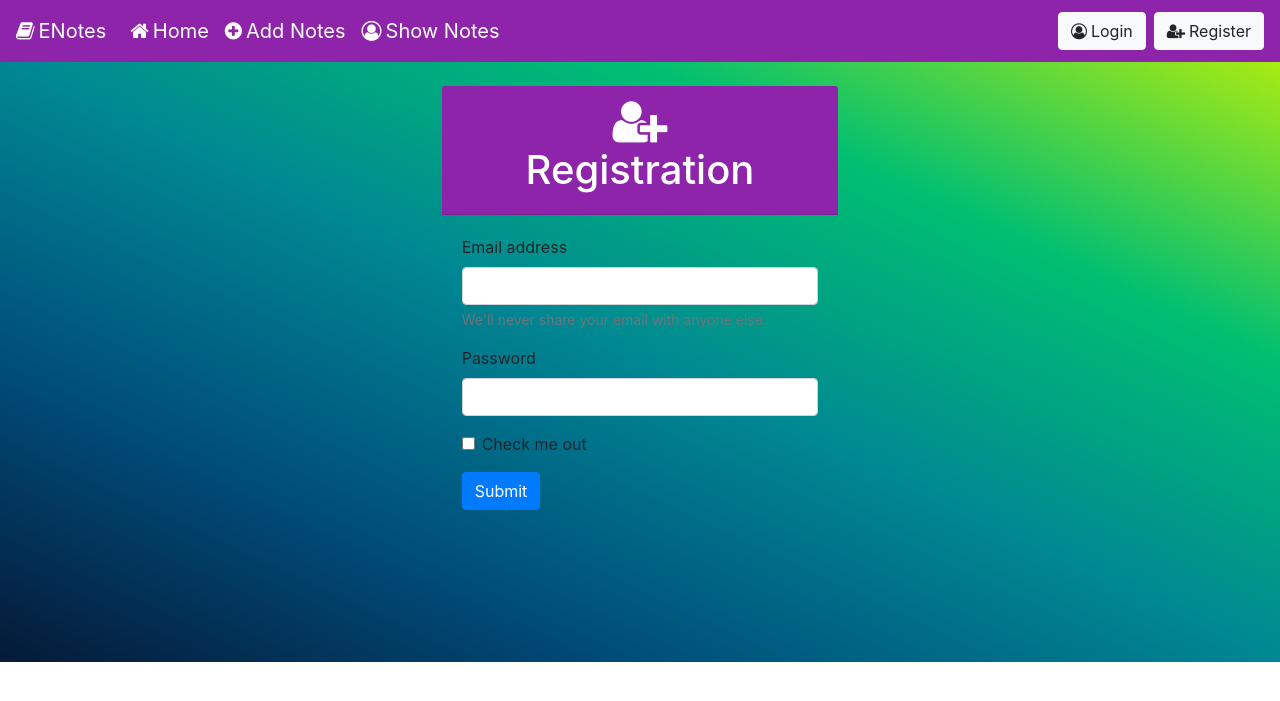
Repository: Bansal140899/eclipse-workspace
Page: http://localhost/ENotesProject/register.jsp
An editor plug-in stored every save of this project. The page is shown before and after the next save, followed by the edit.
The browser window is 1280 px wide. The pictures show the whole page.
The page is served by Tomcat 9. Other server files are loaded and not shown.

Above is the page before, as saved 2025-12-21 22:16:49.

### ENotesProject/src/main/webapp/register.jsp
<%@ page language="java" contentType="text/html; charset=UTF-8"
	pageEncoding="UTF-8"%>
<!DOCTYPE html PUBLIC "-//W3C//DTD HTML 4.01 Transitional//EN" "http://www.w3.org/TR/html4/loose.dtd">
<html>
<head>
<meta http-equiv="Content-Type" content="text/html; charset=UTF-8">
<title>Register Page</title>
</head>
<body>
	<%@include file="All_Component/allcss.jsp"%>
	<%@include file="All_Component/navbar.jsp"%>
	<div class="container-fluid div">
		<div class="row">
			<div class="col-md-4 offset-md-4">
				<div class="text-center text-white mt-4">

					<div class="card-header text-center text-white bg-custom">
						<i class="fa fa-user-plus fa-3x" aria-hidden="true"></i>
						<h1>Registration</h1>

					</div>

				</div>
				<div class="card-body">
					<form>
						<div class="form-group">
							<label for="exampleInputEmail1">Email address</label> <input
								type="email" class="form-control" id="exampleInputEmail1"
								aria-describedby="emailHelp"> <small id="emailHelp"
								class="form-text text-muted">We'll never share your
								email with anyone else.</small>
						</div>
						<div class="form-group">
							<label for="exampleInputPassword1">Password</label> <input
								type="password" class="form-control" id="exampleInputPassword1">
						</div>
						<div class="form-group form-check">
							<input type="checkbox" class="form-check-input"
								id="exampleCheck1"> <label class="form-check-label"
								for="exampleCheck1">Check me out</label>
						</div>
						<button type="submit" class="btn btn-primary">Submit</button>
					</form>


				</div>
			</div>

		</div>

	</div>



</body>
</html>

### ENotesProject/src/main/webapp/All_Component/allcss.jsp
<link rel="stylesheet"
	href="https://cdn.jsdelivr.net/npm/bootstrap@4.6.2/dist/css/bootstrap.min.css"
	integrity="sha384-xOolHFLEh07PJGoPkLv1IbcEPTNtaed2xpHsD9ESMhqIYd0nLMwNLD69Npy4HI+N"
	crossorigin="anonymous">

<link rel="stylesheet"
	href="https://cdnjs.cloudflare.com/ajax/libs/font-awesome/4.7.0/css/font-awesome.min.css">
<link rel="stylesheet" href="css/style.css">

<script
	src="https://cdn.jsdelivr.net/npm/jquery@3.5.1/dist/jquery.slim.min.js"
	integrity="sha384-DfXdz2htPH0lsSSs5nCTpuj/zy4C+OGpamoFVy38MVBnE+IbbVYUew+OrCXaRkfj"
	crossorigin="anonymous"></script>
<script
	src="https://cdn.jsdelivr.net/npm/popper.js@1.16.1/dist/umd/popper.min.js"
	integrity="sha384-9/reFTGAW83EW2RDu2S0VKaIzap3H66lZH81PoYlFhbGU+6BZp6G7niu735Sk7lN"
	crossorigin="anonymous"></script>
<script
	src="https://cdn.jsdelivr.net/npm/bootstrap@4.6.2/dist/js/bootstrap.min.js"
	integrity="sha384-+sLIOodYLS7CIrQpBjl+C7nPvqq+FbNUBDunl/OZv93DB7Ln/533i8e/mZXLi/P+"
	crossorigin="anonymous"></script>

### ENotesProject/src/main/webapp/All_Component/navbar.jsp
<nav class="navbar navbar-expand-lg navbar-dark bg-custom navbar-custom">
  <a class="navbar-brand" href="#"><i class="fa fa-book mr-1" aria-hidden="true"></i>ENotes</a>
  <button class="navbar-toggler" type="button" data-toggle="collapse" data-target="#navbarSupportedContent" aria-controls="navbarSupportedContent" aria-expanded="false" aria-label="Toggle navigation">
    <span class="navbar-toggler-icon"></span>
  </button>

  <div class="collapse navbar-collapse" id="navbarSupportedContent">
    <ul class="navbar-nav mr-auto">
      <li class="nav-item active">
        <a class="nav-link" href="#"><i class="fa fa-home mr-1" aria-hidden="true"></i>Home <span class="sr-only">(current)</span></a>
      </li>
      <li class="nav-item">
        <a class="nav-link" href="#"><i class="fa fa-plus-circle mr-1" aria-hidden="true"></i>Add Notes</a>
      </li>

      <li class="nav-item">
        <a class="nav-link"><i class="fa fa-user-circle-o mr-1" aria-hidden="true"></i>Show Notes</a>
      </li>
    </ul>

      <button class="btn btn-light my-2 my-sm-0 mr-2" type="submit"><i class="fa fa-user-circle-o mr-1" aria-hidden="true"></i>Login</a>
      <button class="btn btn-light my-2 my-sm-0" type="submit"><i class="fa fa-user-plus mr-1" aria-hidden="true"></i>Register</a>

  </div>
</nav>

### ENotesProject/src/main/webapp/css/style.css
.bg-custom{
	background:#8e24aa;
}
.navbar .nav-item .nav-link{
	font-size:20px;
	color:white;
}

.navbar-custom .nav-item:hover .nav-link{
	background:white;
	color:black;
    border-radius:10px;
}

.div{
	height:600px;
	background: linear-gradient(to right top, #051937, #004d7a, #008793, #00bf72, #a8eb12);

}

After the next save:
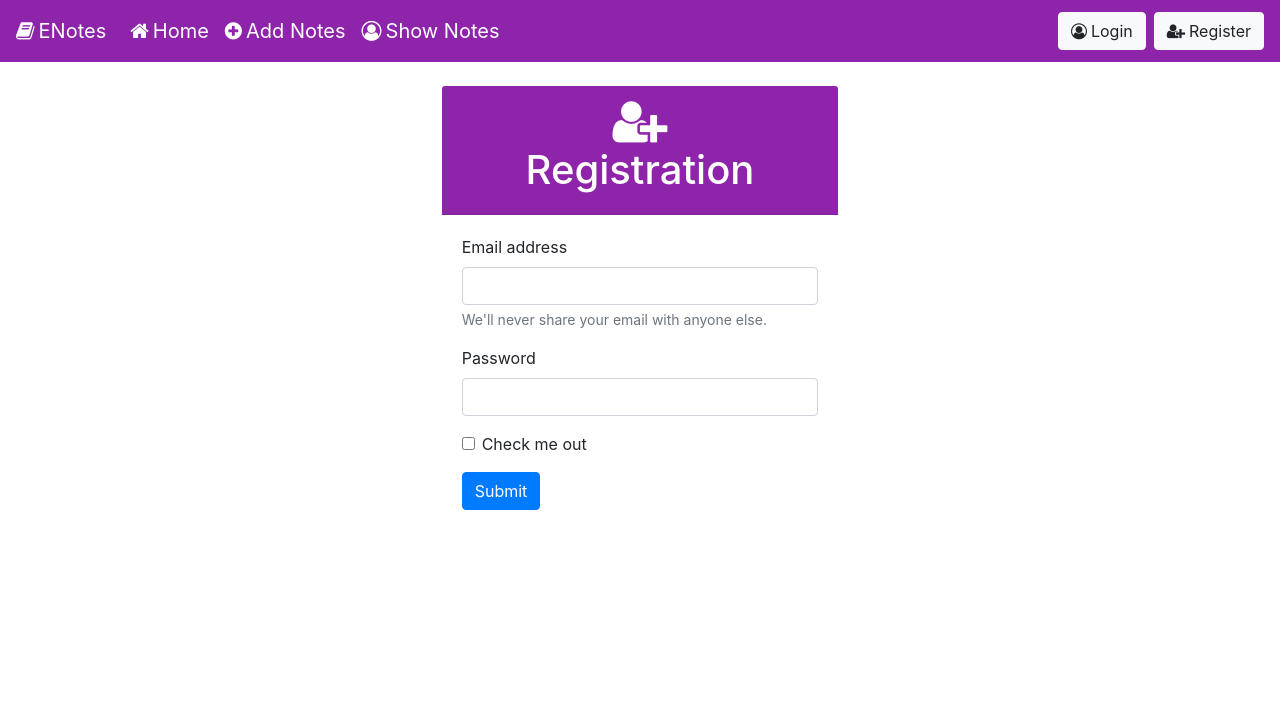
Saved 12 s later.
--- a/ENotesProject/src/main/webapp/register.jsp
+++ b/ENotesProject/src/main/webapp/register.jsp
@@ -9,7 +9,7 @@
 <body>
 	<%@include file="All_Component/allcss.jsp"%>
 	<%@include file="All_Component/navbar.jsp"%>
-	<div class="container-fluid div">
+	<div class="container-fluid div-color">
 		<div class="row">
 			<div class="col-md-4 offset-md-4">
 				<div class="text-center text-white mt-4">

After the 2 saves that followed:
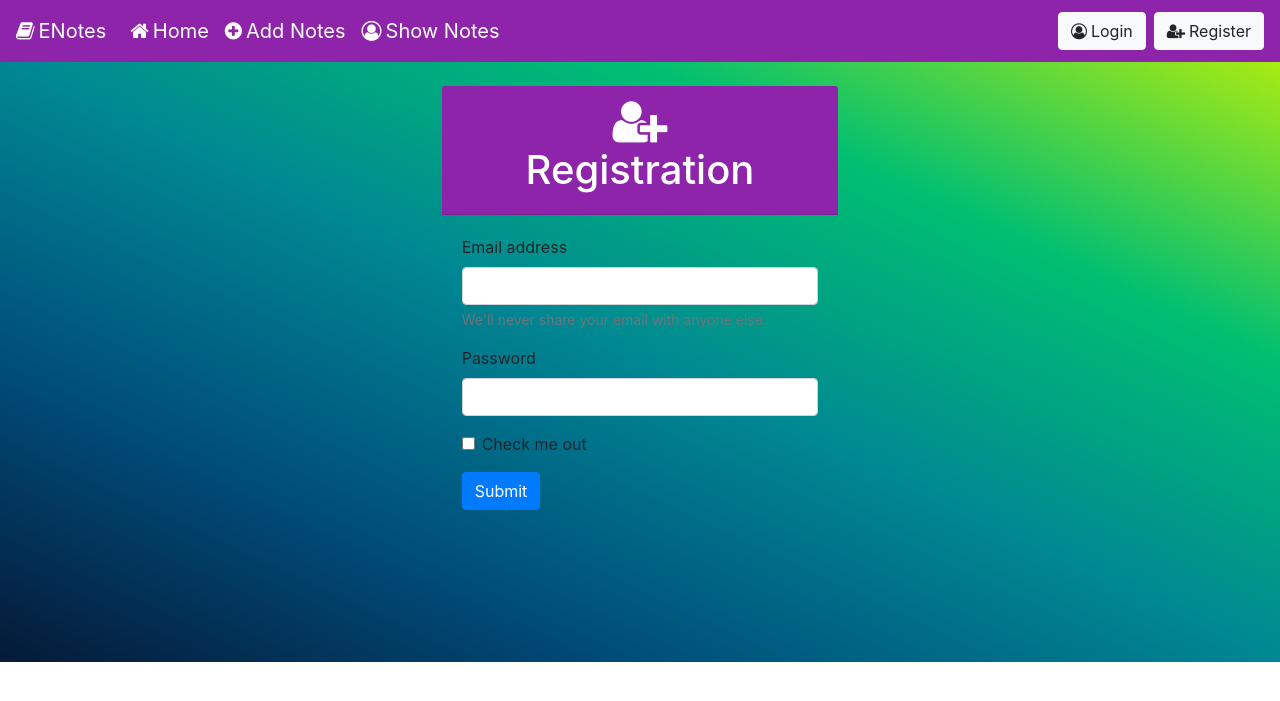
The 2 saves are shown as one change because 1 left the picture as it was.
The last was saved 34 s later.
--- a/ENotesProject/src/main/webapp/register.jsp
+++ b/ENotesProject/src/main/webapp/register.jsp
@@ -51,6 +51,6 @@
 	</div>
 
 
-
+	</div>
 </body>
 </html>
--- a/ENotesProject/src/main/webapp/css/style.css
+++ b/ENotesProject/src/main/webapp/css/style.css
@@ -12,7 +12,7 @@
     border-radius:10px;
 }
 
-.div{
+.div-color{
 	height:600px;
 	background: linear-gradient(to right top, #051937, #004d7a, #008793, #00bf72, #a8eb12);
 
